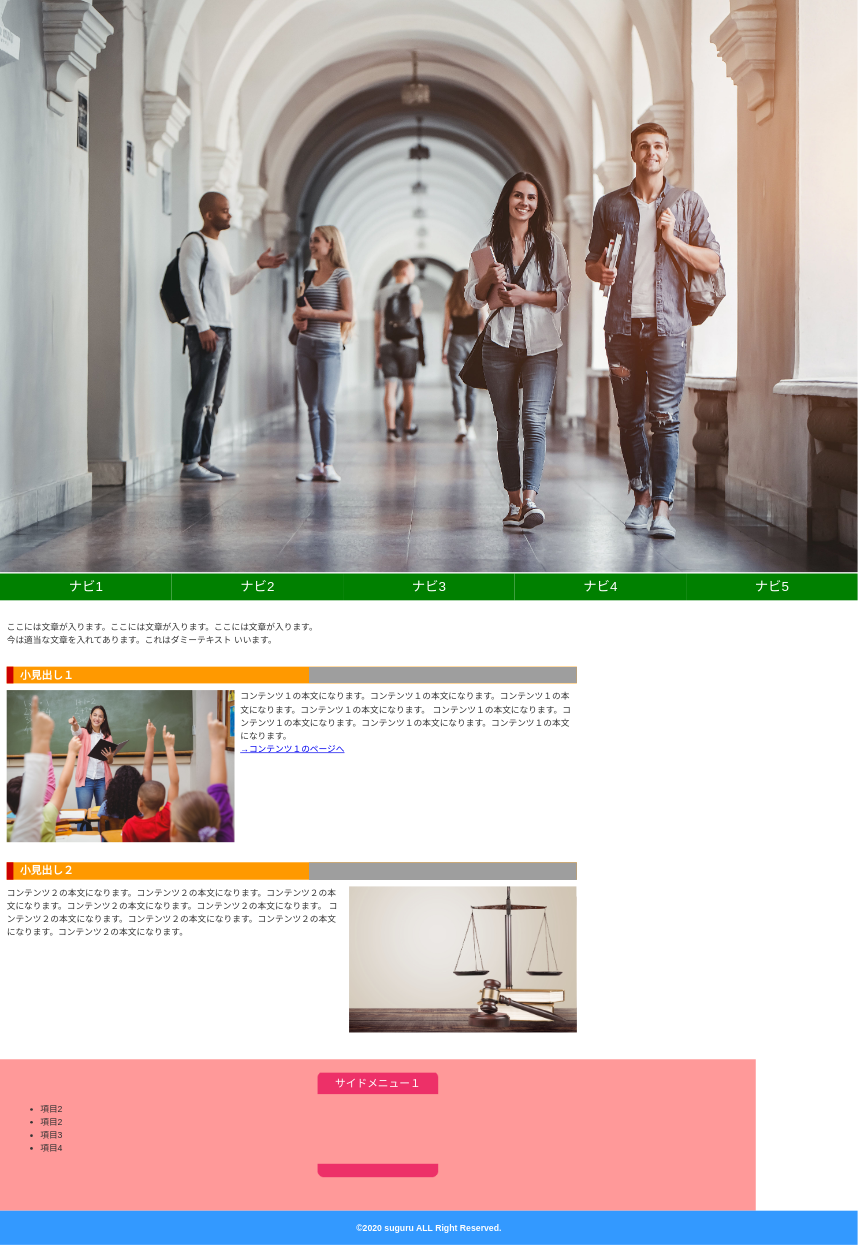
Repository: suuuuguru/samurai-HTML-CSS
Page: home.html
The author's editor kept a record of every edit. The page is drawn from the files as they stood at one moment, then again after the next edit.
The browser window is 1280 px wide. The pictures show the whole page, at 67% of full size.
Pictures or frames that could not be fetched are drawn as grey boxes.

Above is the page before.

### home.html
<!DOCTYPE html>
<html lang="ja">
<head>
  <meta charset="UTF-8">
  <title>HTML/CSSの学習</title>
  <link rel="stylesheet" href="stylesheet.css">
</head>
<body>
  <div id="header">
    <h1><a href="index.html"><img id="corridor" src="images/corridor.jpeg" alt="大学の廊下"/></a></h1>
  </div>
  <div id="wrapper">
    <div id="nav">
      <ul>
        <li><a href="home.html">ナビ1</a></li>
        <li><a href="#">ナビ2</a></li>
        <li><a href="#">ナビ3</a></li>
        <li><a href="#">ナビ4</a></li>
        <li><a href="#">ナビ5</a></li>
      </ul>
    </div>
    <div id="container">
      <div id="main">
        <div class="post">
          <p>ここには文章が入ります。ここには文章が入ります。ここには文章が入ります。<br />今は適当な文章を入れてあります。これはダミーテキスト
          いいます。</p>
        </div>
        <div class="post clearfix">
          <h2>小見出し１</h2>
          <img class="left" src="images/classroom.jpg" alt="授業風景"/>
          <p>
            コンテンツ１の本文になります。コンテンツ１の本文になります。コンテンツ１の本文になります。コンテンツ１の本文になります。
            コンテンツ１の本文になります。コンテンツ１の本文になります。コンテンツ１の本文になります。コンテンツ１の本文になります。
          </p>
          <p><a href="#">→コンテンツ１のページへ</a></p>
        </div>
        <div class="post clearfix">
          <h2>小見出し２</h2>
          <img class="right" src="images/scale.jpg" alt="天秤"/>
          <P>コンテンツ２の本文になります。コンテンツ２の本文になります。コンテンツ２の本文になります。コンテンツ２の本文になります。コンテンツ２の本文になります。
          コンテンツ２の本文になります。コンテンツ２の本文になります。コンテンツ２の本文になります。コンテンツ２の本文になります。
          </P>
        </div>
      </div>
    </div>
    <div id="side">
      <div class="box">
        <h2>サイドメニュー１</h2>
        <div class="boxBoby">
          <ul>
            <li>項目2</li>
            <li>項目2</li>
            <li>項目3</li>
            <li>項目4</li>
          </ul>
        </div>
      </div>
    </div>
  </div>
  <div id="footer">
    <p>&copy;2020 suguru ALL Right Reserved.</p>
  </div>
</body>
</html>

### stylesheet.css
@charset "utf-8";

body {
	margin: 0;
	padding: 0;
	font-family: "ヒラギノ角ゴ Pro W3", "Hiragino Kaku Gothic Pro", "メイリオ", Meiryo, Osaka, "ＭＳ Ｐゴシック", "MS PGothic", sans-serif;
	color: #333;
	font-size: 13px;
	line-height: 150%;
}

/* -------------------- wrapper -------------------- */
#wrapper {
	width: 100%;
	margin: auto;
	padding: 0px;
	border: 0px;
	background-color: #FFF;
}

/*--------------------header-------------------------*/
#header{
	width:100%;
}
#header h1{
	margin:0;
	padding:0;
}
#corridor{
	width:100%;
	height:auto;
}

/*-------------------footer--------------------------*/
#footer{
	clear:both;
	width:100%;
	padding: 3px 0 3px 0;
	background:#39F;
	color:#FFF;
	font-weight:bold;
	text-align:center;
}

/*--------------------nav----------------------------*/
#nav{
	width:100%;
}
#nav ul{
	display:flex;
	margin:0;
	padding:0;
	list-style-type:none;
}
#nav ul li{
	width:20%;
	text-align:center;
}
#nav ul li a{
	display:block;
	height:20px;
	margin:0;
	padding:10px;
	color:#FFF;
	font-size:20px;
	text-decoration:none;
	background-color:green;
}

#nav ul li a:hover{
	filter:drop-shadow(10px 10px 10px black);
}

/*---------------------------container----------------------------*/
#container{
	width:100%;
	margin:auto;
	padding:auto;
	padding-top:20px;
	clear:both;
	display:grid;
	grid-template-columns:70vw 30vw;
}
/*-----------------------main------------------------------*/
#main{
	width:95%;
	padding:10px 30px 10px 10px;
}
#main h2{
	margin:0 0 10px 0;
	padding:3px 10px 3px 10px;
	color:#FFF;
	font-size:16px;
	border-left:solid 10px #c00;
	background:#F90 url(../images/main_h2.jpg) right top repeat-y;
}
#main p{
	margin:0;
	padding:0;
}
#main .post{
	margin:0 0 30px 0;
}
#main .post img.right{
	margin:0 0 0 8px;
}
#main .post img.left{
	margin:0 8px 0 0;
}
.right{
	float:right;
	width:40%;
	height:auto;
}
.left{
	float:left;
	width:40%;
	height:auto;
}

/*--------------------------clearfix------------------------*/
.clearfix{
	zoom:1;
}
.clearfix:after{
	content:"";
	display:block;
	clear:both;
}

/*---------------------------side---------------------------*/
#side {
	width:85%;
	padding:20px;
	background-color:#F99;
}
#side .box{
	margin:0 auto 30px auto;
	padding:0 0 20px 0;
	background:url(images/side_box.png) bottom no-repeat;
}
#side .box h2{
	margin:0;
	padding:8px;
	text-align:center;
	color:#fff;
	font-size:16px;
	line-height:16px;
	font-weight:normal;
	background:url(images/side_box_h2.png) center no-repeat;
}
#side .box .boxBody{
	padding:8px;
	border-right:solid 1px #C36;
	border-bottom:solid 1px #C36;
	border-left:solid 1px #C36;
	background:#fff;
}
#side .box .boxBody ul{
	margin:0 0 16px 0;
	padding:0;
	background-color: #FFF;
}
#side .box .boxBody ul li{
	padding:8px 0 8px 4px;
	list-style:none;
	border-bottom:solid 1px #C36;
}

#side .box .Boxbody ul li:hover{
	padding: 8px 0 8px 4px;
	list-style: none;
	border-bottom:solid 1px #C36;
	box-shadow: 0px 4px 4px rgba(0, 0, 0, 0.3);
}

After the next edit:
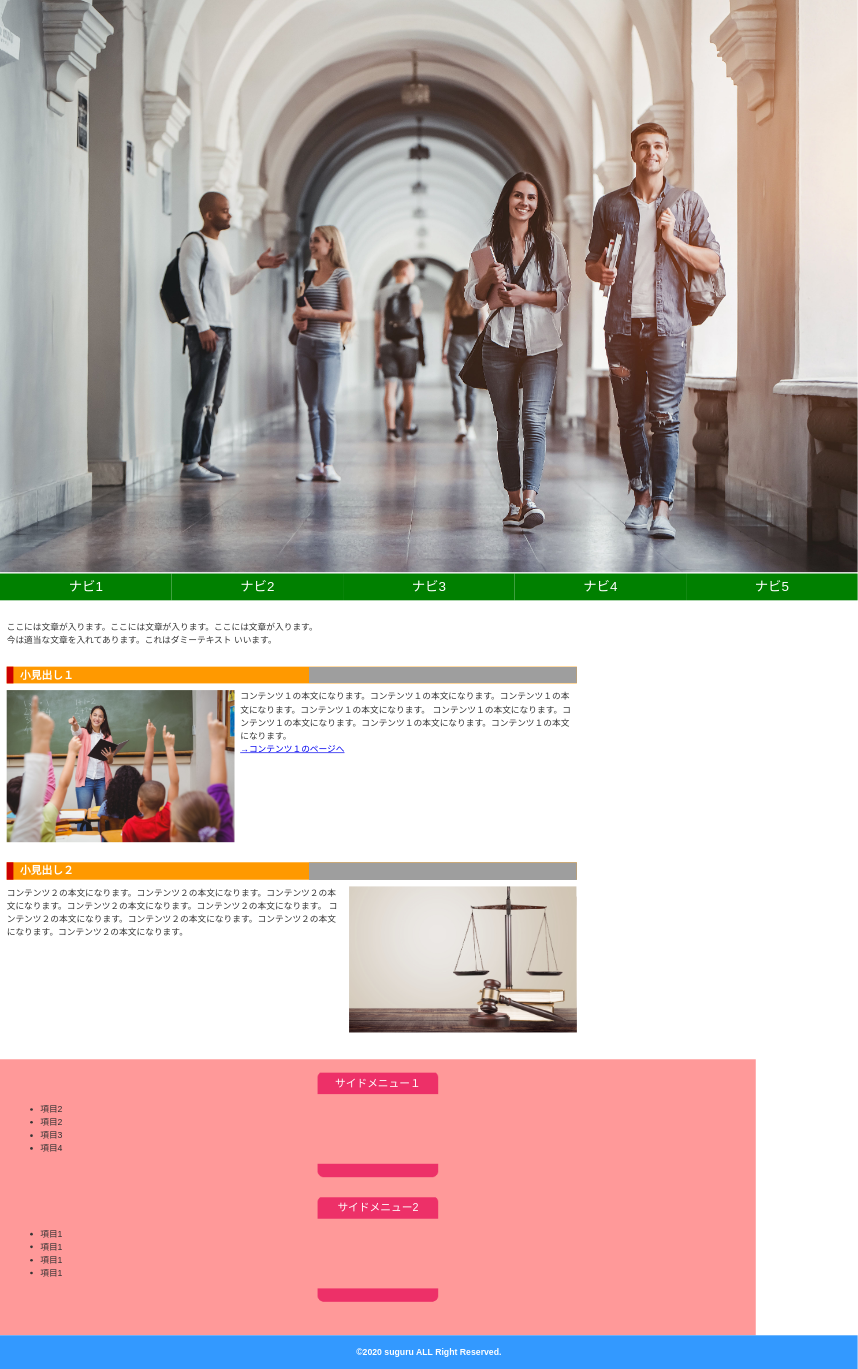
The edit:
--- a/home.html
+++ b/home.html
@@ -55,6 +55,17 @@
           </ul>
         </div>
       </div>
+      <div class="box">
+        <h2>サイドメニュー2</h2>
+        <div class="boxBoby">
+          <ul>
+            <li>項目1</li>
+            <li>項目1</li>
+            <li>項目1</li>
+            <li>項目1</li>
+          </ul>
+        </div>
+      </div>
     </div>
   </div>
   <div id="footer">
